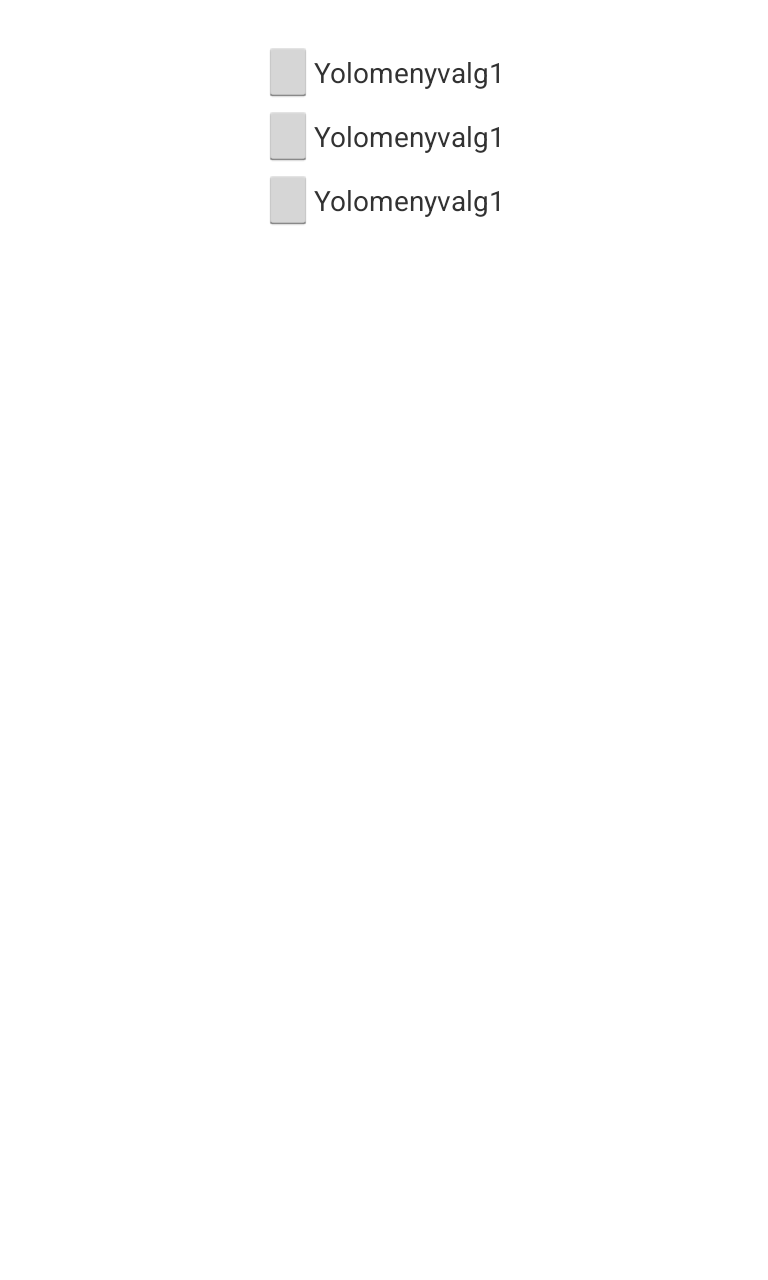
Repository: pumalove/workspace
Layout: MainActivity/res/layout/gridview.xml
The author's editor kept a copy of each file at every save. The layout is drawn from the files as they stood at one save, then again after the next save.
It is drawn on a 768 x 1280 px phone screen (xhdpi) without system bars, with theme AppTheme; the app's code is not run. Lists and similar views that code fills are empty.

Above is the layout before, as saved 2014-03-17 11:04:55.

After the next save:
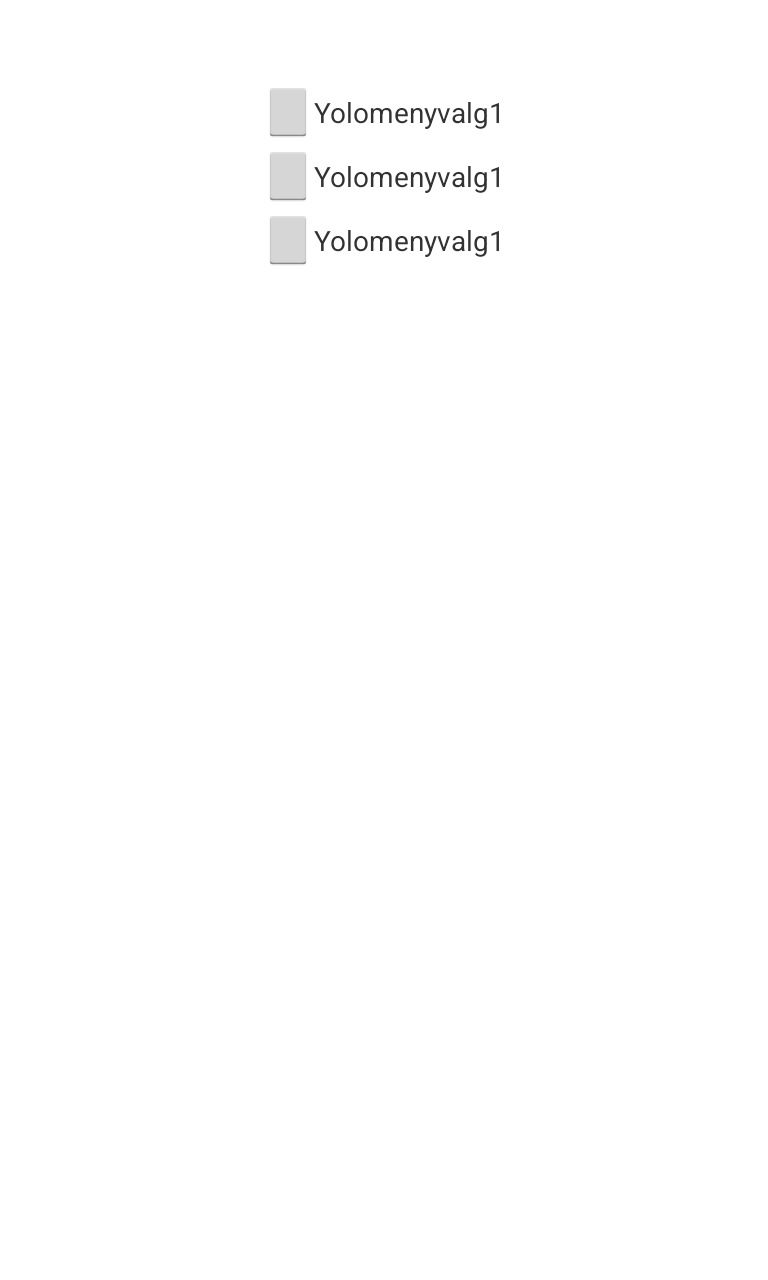
Saved 51 s later.
--- a/MainActivity/res/layout/gridview.xml
+++ b/MainActivity/res/layout/gridview.xml
@@ -3,7 +3,8 @@
     android:layout_width="match_parent"
     android:layout_height="wrap_content"
     android:orientation="vertical"
-    android:layout_margin="20dp">
+    android:layout_margin="20dp"
+    android:padding="20dp">
 
     <LinearLayout
         android:layout_marginBottom="20dp"
